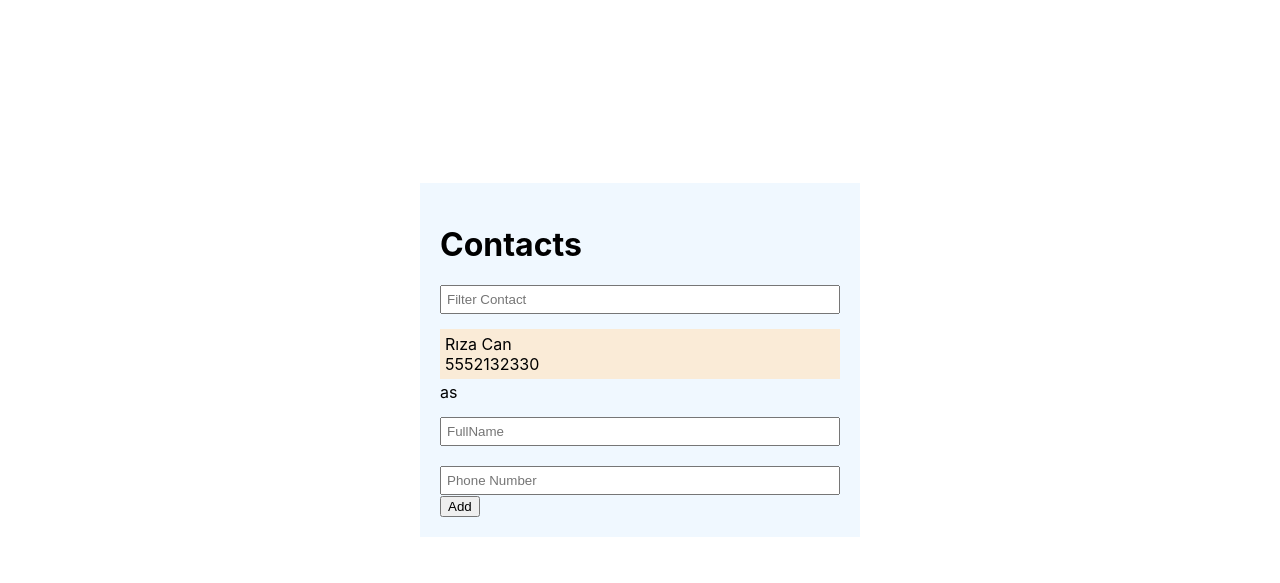
Repository: rizacantire/patika-react
Page: / (app in hello/)
The author's editor kept a copy of each file at every save. The page is drawn from the files as they stood at one save, then again after the next save.
The browser window is 1280 px wide. The pictures show the whole page.
The project was rebuilt for these pictures with package versions that can differ from the ones it lists, and the page was loaded fresh each time.

Above is the page before, as saved 2021-12-14 14:59:35.

After the next save:
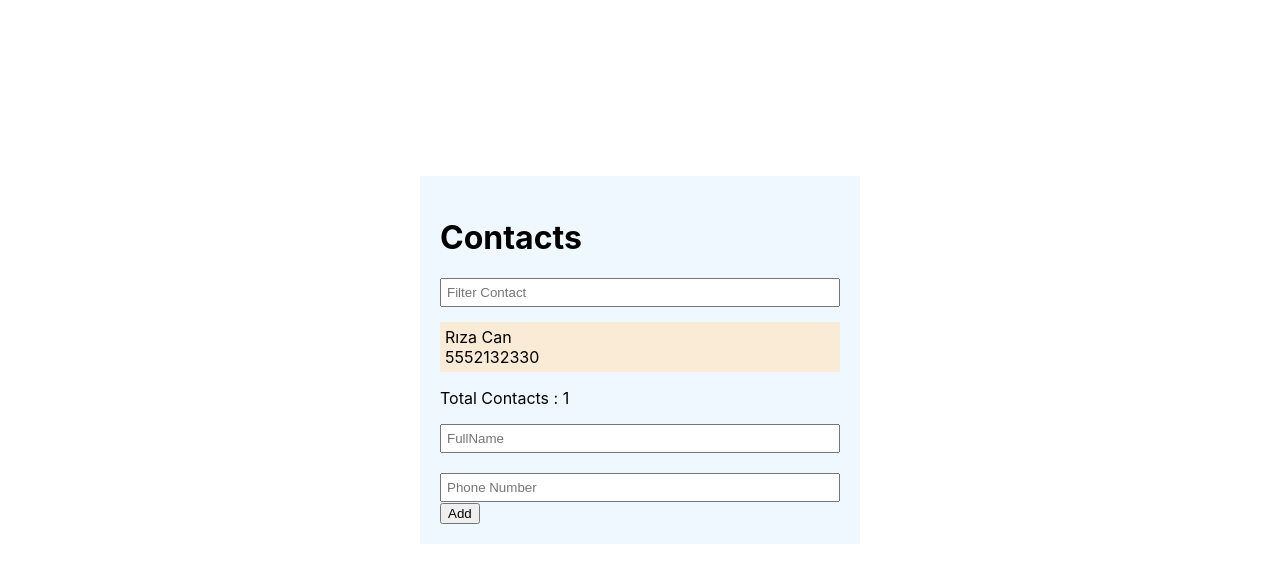
Saved 39 s later.
--- a/hello/src/components/Contacts/List/index.js
+++ b/hello/src/components/Contacts/List/index.js
@@ -29,7 +29,8 @@ function ContactList({contacts}) {
               {c.phone_number}</li>
 
 
-            ))}as </ul>
+            ))}
+            <p>Total Contacts : {contacts.length}</p> </ul>
         </div>
     )
 }
